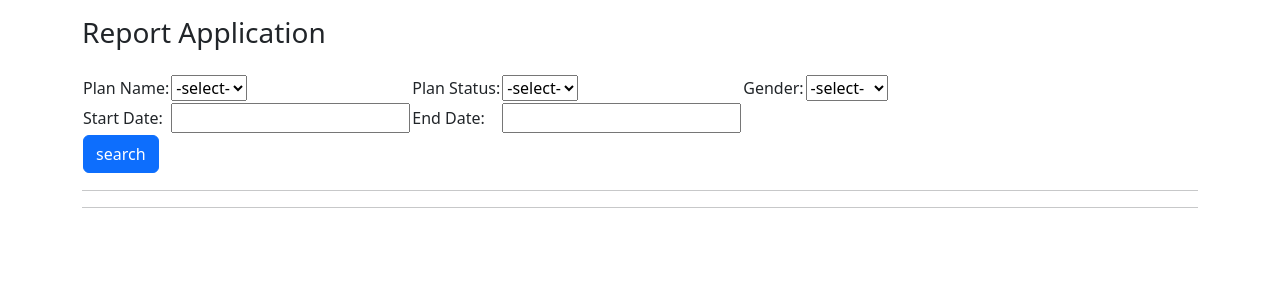
Repository: dubeygaurav52/SpringBoot_Microservices_Concepts
Page: http://localhost/01_Report_App/pages/index.jsp
The author's editor kept a copy of each file at every save. The page is drawn from the files as they stood at one save, then again after the next save.
The browser window is 1280 px wide. The pictures show the whole page.
The page is served by Tomcat 9.

Above is the page before, as saved 2025-05-01 14:34:06.

After the next save:
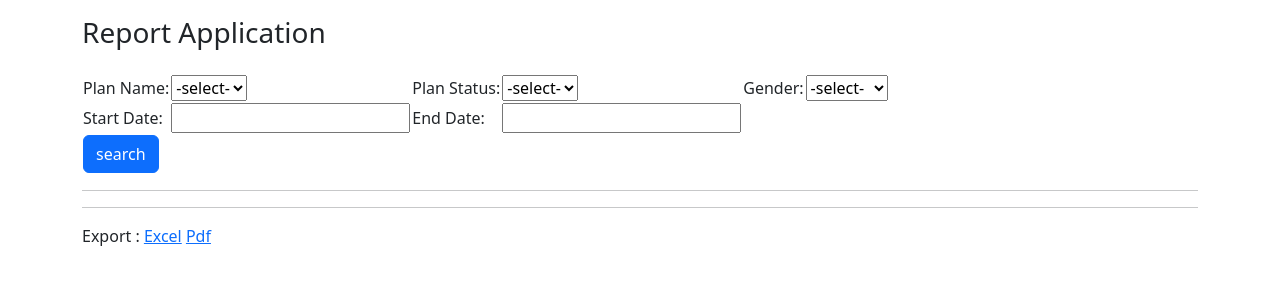
Saved 75 s later.
--- a/01_Report_App/src/main/webapp/pages/index.jsp
+++ b/01_Report_App/src/main/webapp/pages/index.jsp
@@ -64,7 +64,10 @@
 </form>
 
 <hr/>
+
 <hr/>
+
+Export : <a href="">Excel</a> <a href="">Pdf</a>
 </div>
 
 
